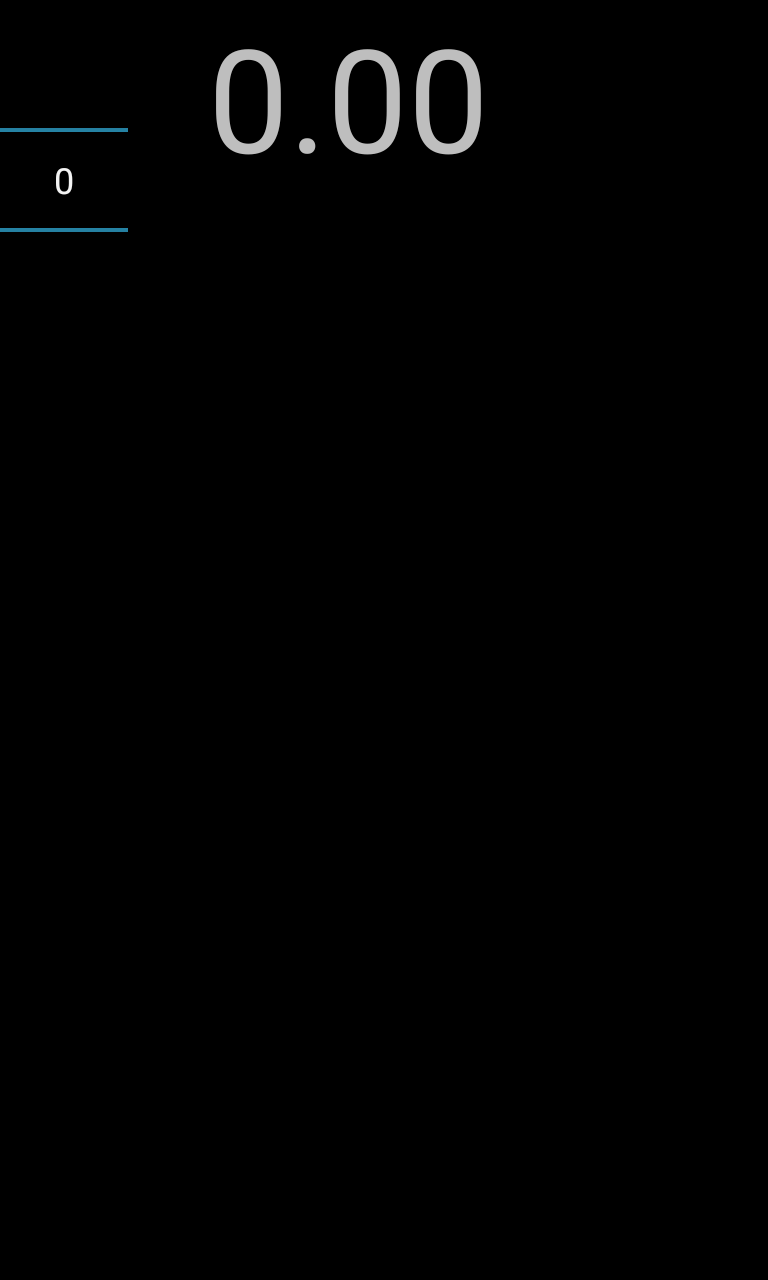
Repository: deanzaka/Embedded-Freezmo
Layout: Embedded-Freezmo/applications/IOIOSimpleApp/res/layout/main.xml
An editor plug-in stored every save of this project. The layout is shown before and after the next save, followed by the edit.
It is drawn on a 768 x 1280 px phone screen (xhdpi) without system bars, with theme android:Theme.Holo; the app's code is not run.

Above is the layout before, as saved 2014-06-11 22:29:36.

After the next save:
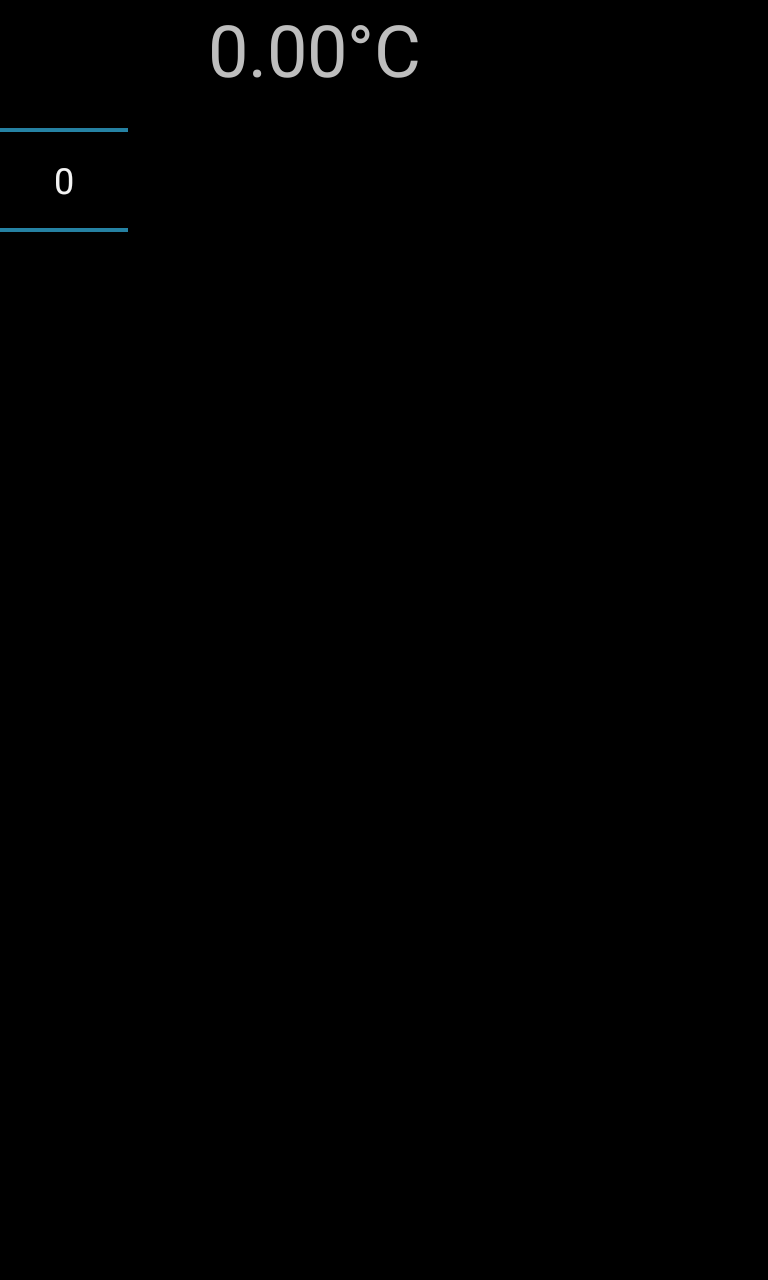
Saved 2 min 52 s later.
--- a/Embedded-Freezmo/applications/IOIOSimpleApp/res/layout/main.xml
+++ b/Embedded-Freezmo/applications/IOIOSimpleApp/res/layout/main.xml
@@ -34,7 +34,15 @@
 					    android:layout_width="wrap_content"
 					    android:layout_height="wrap_content"
 					    android:text="0.00"
-					    android:textSize="72sp" />
+					    android:textSize="36sp" />
+
+                    <TextView
+					    android:id="@+id/TextView"
+					    android:layout_width="wrap_content"
+					    android:layout_height="wrap_content"
+					    android:text="°C"
+					    android:textSize="36sp" />
+
                 </LinearLayout>
 
             </LinearLayout>
